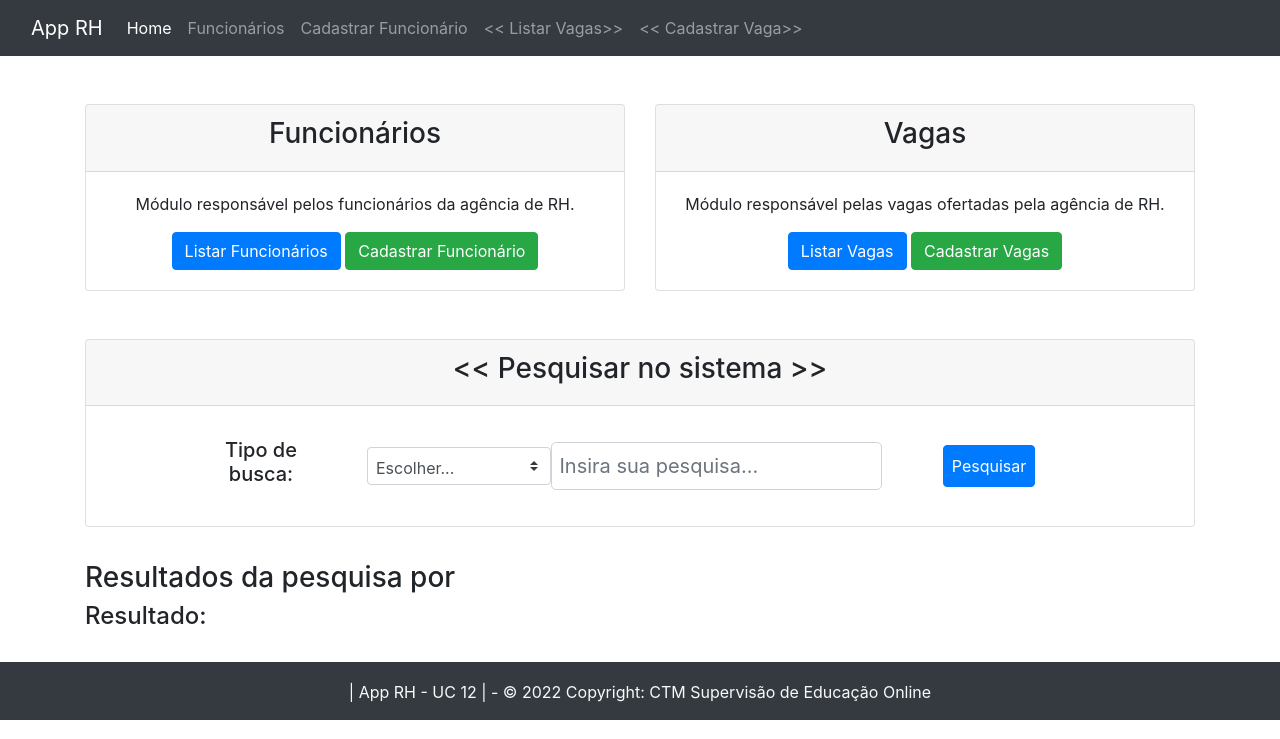
Repository: FilosoDev/SPRING-BOOT-testes
Page: http://localhost/index
These files come from the project's save history. The page is drawn as it stood at one moment and after the next save; the edit follows.
The browser window is 1280 px wide. The pictures show the whole page.
The page is this project's Thymeleaf template; nobody is signed in. The template is opened directly, without the code that normally fills it, so the values that code supplies are empty.

Above is the page before, as saved 2021-11-23 17:59:24.
Console error: TypeError: Cannot read properties of undefined (reading 'fn')

### AppRH/AppRH/src/main/resources/templates/index.html
<!DOCTYPE html>
<html lang=”pt-br” xmlns:th="http://thymeleaf.org"
	xmlns:layout="http://www.ultraq.net.nz/thymeleaf/layout">

<head>

<meta charset="utf-8">
<meta http-equiv="X-UA-Compatible" content="IE=edge">
<meta name="viewport" content="width=device-width, initial-scale=1">

<title>| App RH - UC 12 |</title>

<!-- Bootstrap -->
<link href="bootstrap/css/bootstrap.min.css" rel="stylesheet">

<!-- HTML5 shim e Respond.js para suporte no IE8 de elementos HTML5 e media queries -->
<!-- ALERTA: Respond.js não funciona se você visualizar uma página file:// -->
<!--[if lt IE 9]>
      <script src="https://oss.maxcdn.com/html5shiv/3.7.3/html5shiv.min.js"></script>
      <script src="https://oss.maxcdn.com/respond/1.4.2/respond.min.js"></script>
    <![endif]-->

</head>

<body>

	<header>

		<nav class="navbar navbar-expand-lg navbar-dark bg-dark">
			<div class="container-fluid">
				<a class="navbar-brand" href="/">App RH</a>
				<button class="navbar-toggler" type="button"
					data-bs-toggle="collapse" data-bs-target="#navbarNav"
					aria-controls="navbarNav" aria-expanded="false"
					aria-label="Toggle navigation">
					<span class="navbar-toggler-icon"></span>
				</button>
				<div class="collapse navbar-collapse" id="navbarNav">
					<ul class="navbar-nav">
						<li class="nav-item"><a class="nav-link active"
							aria-current="page" href="/">Home</a></li>
						<li class="nav-item"><a class="nav-link" href="/funcionarios">Funcionários</a></li>
						<li class="nav-item"><a class="nav-link"
							href="/cadastrarFuncionario">Cadastrar Funcionário</a></li>
						<li class="nav-item"><a class="nav-link" href="/vagas">
								<< Listar Vagas>> </a></li>
						<li class="nav-item"><a class="nav-link"
							href="/cadastrarVaga"> << Cadastrar Vaga>> </a></li>
					</ul>
				</div>
			</div>
		</nav>

	</header>

	<div class="container">
		<br> <br>

		<div class="row">
			<div class="col">
				<div class="card text-center">
					<div class="card-header card-title">
						<h3>Funcionários</h3>
					</div>
					<div class="card-body">

						<p class="card-text">Módulo responsável pelos funcionários da
							agência de RH.</p>
						<a href="/funcionarios" class="btn btn-primary">Listar
							Funcionários</a> <a href="/cadastrarFuncionario"
							class="btn btn-success">Cadastrar Funcionário</a>
					</div>
				</div>
			</div>
			<div class="col">
				<div class="card text-center">
					<div class="card-header  card-title">
						<h3>Vagas</h3>
					</div>
					<div class="card-body">
						<p class="card-text">Módulo responsável pelas vagas ofertadas
							pela agência de RH.</p>
						<a href="/vagas" class="btn btn-primary">Listar Vagas</a> <a
							href="/cadastrarVaga" class="btn btn-success">Cadastrar Vagas</a>
					</div>
				</div>
			</div>


		</div>
		<div class="row">
			<div class="col">
				<br> <br>
				<div class="card text-center card w-100">
					<div class="card-header">
						<h3><< Pesquisar no sistema >></h3>
					</div>



					<form class="form-inline" method="post">


						<div class="row form-group justify-content-center w-100 p-2">


							<div class="col col-14 col-md-2">

								<label for="cars" class="my-3 p-2"><h5>Tipo de
										busca:</h5></label>
							</div>

							<div class="col col-14 col-md-2">


								<select name="busca" id="busca" class="custom-select my-3 p-2">
									<option selected>Escolher...</option>
									<option value="nomefuncionario">Nome do Funcionário</option>
									<option value="nomedependente">Nome do Dependente</option>
									<option value="nomecandidato">Nome do Candidato</option>
									<option value="titulovaga">Nome da Vaga</option>
								</select>


						</div>

							<div class="col col-14 col-md-4">

								<input
									class="form-control form-control-lg my-3 p-2"
									type="search" placeholder="Insira sua pesquisa..."
									aria-label="Pesquisar" name="nome">

							</div>

							<div class="col col-14 col-md-2">

								<button class="btn btn-primary my-3 p-2" type="submit">Pesquisar</button>

							</div>
						</div>

					</form>
				</div>
			</div>
			<br>
			<div class="container">
				<h3>
				<br>
					Resultados da pesquisa por <i> <span th:text="${busca}"></span>
					</i>
				</h3>
				<h4>
					Resultado: <span th:text="${contador}"></span>
				</h4>

				<div th:each="lstdependente : ${lista}">
					<span th:text="${lstdependente.nome}"></span> <br>

				</div>


				<div th:each="funcionario : ${funcionario}">
					<div class="row">
						<p>
							<span th:text="${funcionario.id}"></span>
						</p>
						<p>
							<span th:text="${funcionario.nome}"></span>
						</p>
						<p>
							<span th:text="${funcionario.data}"></span>
						</p>
						<p>
							<span th:text="${funcionario.email}"></span>
						</p>
					</div>
				</div>

				<div th:each="dependente : ${dependentes}">
					<span th:text="${dependente.cpf}"></span> <span
						th:text="${dependente.nome}"></span> <span
						th:text="${dependente.datanascimento}"></span> <br>
				</div>



			</div>



		</div>





		<div style="height: 100px;"></div>

		<div class="footer-copyright fixed-bottom bg-dark text-center py-3">
			<span class="text-light align-middle">| App RH - UC 12 | - ©
				2022 Copyright: CTM Supervisão de Educação Online</span>
		</div>

		<!--JavaScript bootstrap-->
		<script type="text/javascript" src="bootstrap/js/bootstrap.js"></script>
		<script
			src="https://cdn.jsdelivr.net/npm/bootstrap@5.1.3/dist/js/bootstrap.bundle.min.js"
			integrity="sha384-ka7Sk0Gln4gmtz2MlQnikT1wXgYsOg+OMhuP+IlRH9sENBO0LRn5q+8nbTov4+1p"
			crossorigin="anonymous">
	</script>
</body>

</html>

Loaded but not shown: AppRH/AppRH/src/main/resources/static/bootstrap/css/bootstrap.min.css (library); AppRH/AppRH/src/main/resources/static/bootstrap/js/bootstrap.js (library)

After the next save:
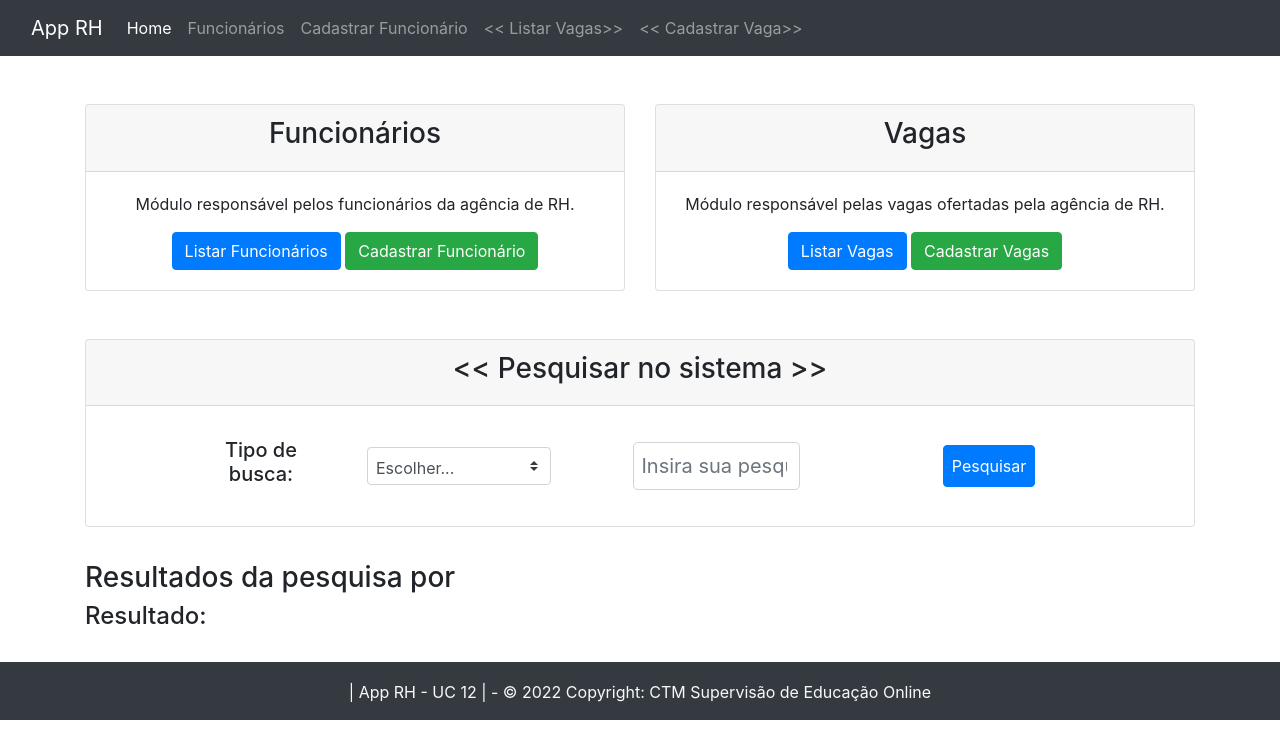
Saved 61 s later.
--- a/AppRH/AppRH/src/main/resources/templates/index.html
+++ b/AppRH/AppRH/src/main/resources/templates/index.html
@@ -127,7 +127,7 @@
 							<div class="col col-14 col-md-4">
 
 								<input
-									class="form-control form-control-lg my-3 p-2"
+									class="form-control form-control-lg my-3 p-2 w-50"
 									type="search" placeholder="Insira sua pesquisa..."
 									aria-label="Pesquisar" name="nome">
 
